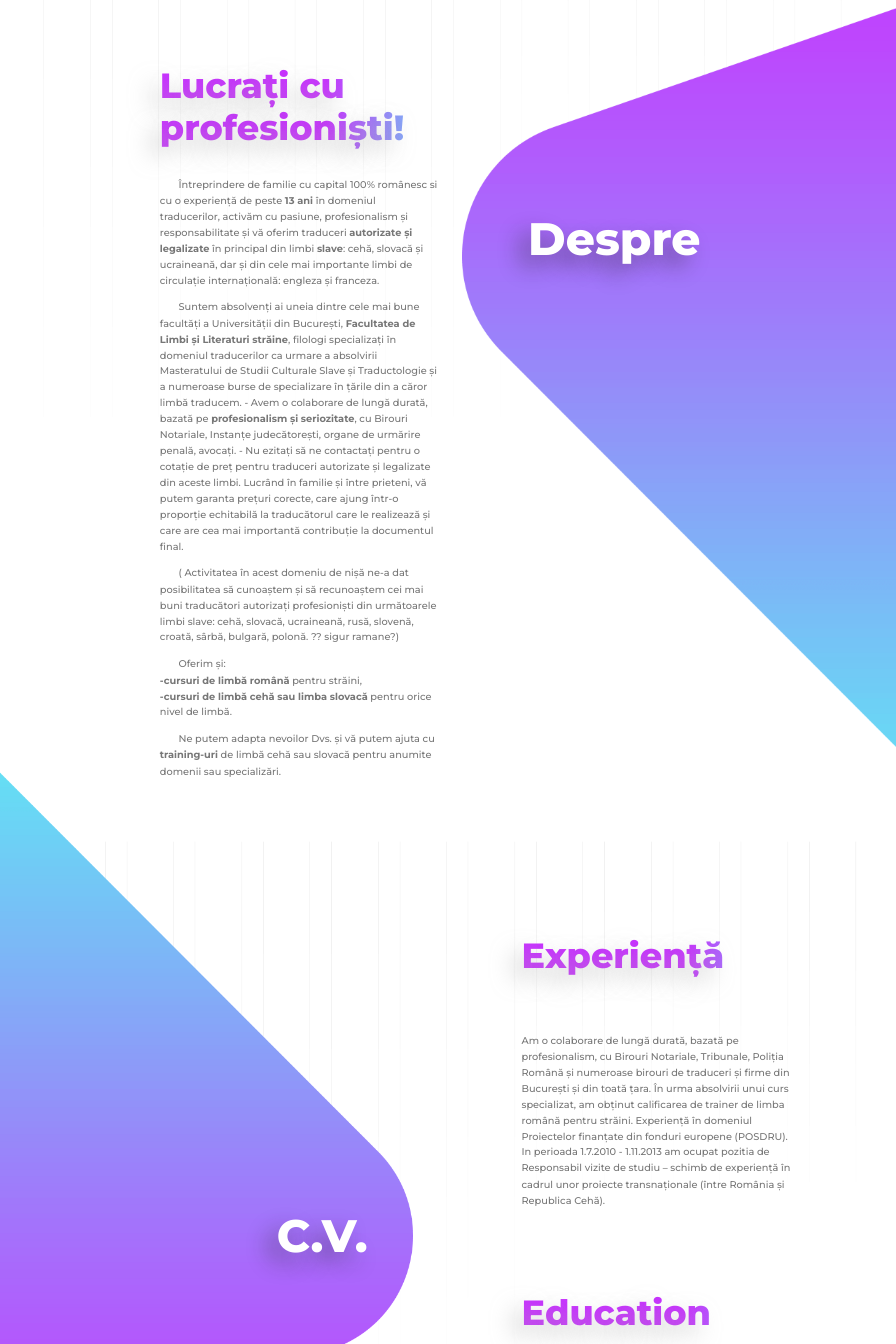
Repository: roscaImarius/site_traduceri
Page: index.html
These files come from the project's save history. The page is drawn as it stood at one moment and after the next save; the edit follows.
The browser window is 1280 px wide. The pictures show the part of the page from y = 879 to 2799 px (the page is 7580 px tall), at 70% of full size.

Above is the page before, as saved 2022-03-17 15:22:56.

### index.html
<!DOCTYPE html>
<html lang="en" class="no-js">
  <head>
    <meta
      name="viewport"
      content="width=device-width, initial-scale=1, shrink-to-fit=no"
    />
    <meta name="author" content="CodePixar" />
    <meta name="description" content="" />
    <meta name="keywords" content="" />
    <meta charset="UTF-8" />

    <title>Traduceri</title>

    <link
      href="https://fonts.googleapis.com/css?family=Montserrat:500,600,700,800,900"
      rel="stylesheet"
    />
    <link
      href="https://fonts.googleapis.com/css?family=Open+Sans:400,600"
      rel="stylesheet"
    />
    <!-- ===========================================
		CSS Files
    ============================================= -->
    <link rel="stylesheet" href="css/font-awesome.min.css" />
    <link rel="stylesheet" href="css/bootstrap.css" />
    <link rel="stylesheet" href="css/main.css" />
  </head>

  <body class="version5" id="top">
    <div class="se-pre-con"></div>

    <!--================ Start Banner Area =================-->
    <section class="home-area" id="home">
      <div class="banner-area relative">
        <div class="container-fluid">
          <div class="row justify-content-center height align-items-center">
            <div class="col-lg-5 col-md-6 col-sm-12">
              <div class="banner-img">
                <img class="img-fluid" src="img/banner-img5.jpg" alt="" />
              </div>
            </div>
            <div class="col-lg-5 col-md-6 col-sm-12">
              <div class="banner-content text-right">
                <h4 class="mb-30 hello text-uppercase text-white">
                  Salut, noi suntem
                </h4>
                <h1 class="name">Catrina Traduceri</h1>
                <p class="mt-5 h6 pHome dark">
                  Ne numărăm printre foarte puținii traducători autorizați de
                  Ministerul Justiției din România pentru traduceri din limbile
                  slave, de nisă: cehă, slovacă și ucraineană.
                </p>
              </div>
            </div>
          </div>
        </div>
      </div>
    </section>
    <!--================Header Menu Area =================-->
    <header class="header_area" id="header5">
      <div class="main_menu">
        <nav class="navbar navbar-expand-lg">
          <div class="container-fluid">
            <!-- Brand and toggle get grouped for better mobile display -->
            <a class="navbar-brand logo_h" href="index.html"
              ><img class="logoo" src="img/logo5_1.png" alt=""
            /></a>
            <button
              class="navbar-toggler"
              type="button"
              data-toggle="collapse"
              data-target="#navbarSupportedContent"
              aria-controls="navbarSupportedContent"
              aria-expanded="false"
              aria-label="Toggle navigation"
            >
              <i class="fas fa-bars"></i>
            </button>
            <!-- Collect the nav links, forms, and other content for toggling -->
            <div
              class="collapse navbar-collapse offset"
              id="navbarSupportedContent"
            >
              <ul class="nav navbar-nav menu_nav ml-auto nav5">
                <li class="nav-item active5">
                  <a class="nav-link" href="#home">Acasă</a>
                </li>
                <li class="nav-item">
                  <a class="nav-link" href="#about">Despre</a>
                </li>
                <li class="nav-item">
                  <a class="nav-link" href="#resume">Curriculum Vitae</a>
                </li>
                <li class="nav-item">
                  <a class="nav-link" href="#portfolio">prețuri</a>
                </li>
                <li class="nav-item">
                  <a class="nav-link" href="#contact">contact</a>
                </li>
              </ul>

              <!-- SOCIAL MEDIA -->
              <ul class="nav navbar-nav social-icons">
                <li class="nav-item">
                  <a href="https://www.facebook.com/catrina.traduceri">
                    <i class="fab fa-facebook-f"></i>
                  </a>
                </li>
                <li class="nav-item">
                  <a
                    href="https://www.linkedin.com/in/ionut-catrina-405244178/"
                  >
                    <i class="fab fa-linkedin"></i>
                  </a>
                </li>
                <li class="nav-item">
                  <a href="#">
                    <i class="fab fa-youtube"></i>
                  </a>
                </li>
              </ul>
            </div>
          </div>
        </nav>
      </div>
    </header>

    <!--================ Start About Area =================-->
    <section class="about-area section-gap-top-5 relative" id="about">
      <div class="container-fluid">
        <div class="row row-reverse">
          <div class="offset-lg-2 col-lg-4 col-md-12">
            <h2 class="heading mb-40">Lucrați cu profesioniști!</h2>
            <p>
              Întreprindere de familie cu capital 100% românesc si cu o
              experiență de peste
              <span style="font-weight: bold">13 ani</span> în domeniul
              traducerilor, activăm cu pasiune, profesionalism și
              responsabilitate și vă oferim traduceri
              <span style="font-weight: bold"> autorizate și legalizate</span>
              în principal din limbi
              <span style="font-weight: bold">slave</span>: cehă, slovacă și
              ucraineană, dar și din cele mai importante limbi de circulație
              internațională: engleza și franceza. <br />
            </p>
            <p>
              Suntem absolvenți ai uneia dintre cele mai bune facultăți a
              Universității din București,<span style="font-weight: bold">
                Facultatea de Limbi și Literaturi străine</span
              >, filologi specializați în domeniul traducerilor ca urmare a
              absolvirii Masteratului de Studii Culturale Slave și Traductologie
              și a numeroase burse de specializare în țările din a căror limbă
              traducem. - Avem o colaborare de lungă durată, bazată pe
              <span style="font-weight: bold">
                profesionalism și seriozitate</span
              >, cu Birouri Notariale, Instanțe judecătorești, organe de
              urmărire penală, avocați. - Nu ezitați să ne contactați pentru o
              cotație de preț pentru traduceri autorizate și legalizate din
              aceste limbi. Lucrând în familie și între prieteni, vă putem
              garanta prețuri corecte, care ajung într-o proporție echitabilă la
              traducătorul care le realizează și care are cea mai importantă
              contribuție la documentul final.
            </p>
            <p>
              ( Activitatea în acest domeniu de nișă ne-a dat posibilitatea să
              cunoaștem și să recunoaștem cei mai buni traducători autorizați
              profesioniști din următoarele limbi slave: cehă, slovacă,
              ucraineană, rusă, slovenă, croată, sârbă, bulgară, polonă. ??
              sigur ramane?)
            </p>
            <p>
              Oferim și: <br />
              <span style="font-weight: bold">-cursuri de limbă română</span>
              pentru străini, <br />
              <span style="font-weight: bold"
                >-cursuri de limbă cehă sau limba slovacă</span
              >
              pentru orice nivel de limbă. <br />
            </p>
            <p>
              Ne putem adapta nevoilor Dvs. și vă putem ajuta cu
              <span style="font-weight: bold">training-uri</span> de limbă cehă
              sau slovacă pentru anumite domenii sau specializări.
            </p>
            <!-- <p class="mb-50" style="text-indent: 20pt">
              &middot; În anul 2009 am absolvit Masteratul de Studii Culturale
              Slave și Traductologie în cadrul Universității din București.
              Traducător autorizat de Ministerul Justiției din România încă din
              anul 2008, realizez traduceri /legalizate notarial, autorizate cu
              semnătura și ștampila mea sau traduceri simple. Studiile și
              experiența acumulată mă ajută să găsesc soluții la cele mai
              diferite situații lingvistice și să transpun cât mai fidel în
              limba țintă documentul de tradus. Pot traduce documente din orice
              domeniu, de la documente juridice până la documente tehnice și
              medicale.
            </p> -->
          </div>

          <div class="col-lg-6 p-0 col-md-12">
            <div class="right-side">
              <h2 class="text-white right-heading">Despre</h2>
            </div>
          </div>
        </div>
      </div>
    </section>

    <!--================ Start Experience Area =================-->
    <section class="experience-area relative" id="resume">
      <div class="container-fluid">
        <div class="row">
          <div class="col-lg-6 p-0 col-md-12">
            <div class="left-side">
              <h2 class="text-white indented cv left-heading">C.V.</h2>
            </div>
          </div>

          <div class="xpDiv col-lg-4 md-mr col-md-12">
            <h2 class="heading mb-80">Experiență</h2>
            <div class="resume-content">
              <div class="work-exp mb-50">
                <p>
                  Am o colaborare de lungă durată, bazată pe profesionalism, cu
                  Birouri Notariale, Tribunale, Poliția Română și numeroase
                  birouri de traduceri și firme din București și din toată țara.
                  În urma absolvirii unui curs specializat, am obținut
                  calificarea de trainer de limba română pentru străini.
                  Experiență în domeniul Proiectelor finanțate din fonduri
                  europene (POSDRU). In perioada 1.7.2010 - 1.11.2013 am ocupat
                  pozitia de Responsabil vizite de studiu – schimb de experiență
                  în cadrul unor proiecte transnaționale (între România și
                  Republica Cehă).
                </p>
              </div>

              <h2 class="heading mt-120 mb-80">Education</h2>
              <div class="study">
                <h4 class="subject">Master</h4>
                <p>
                  <span class="title">Session</span>
                  <span class="info">: 2010-11</span>
                </p>
                <p>
                  <span class="title">Result</span>
                  <span class="info">: 3.78 (In the Scale of 4.00)</span>
                </p>
              </div>

              <div class="study">
                <h4 class="subject">Bachelor</h4>
                <p>
                  <span class="title">Session</span>
                  <span class="info">: 2006-09</span>
                </p>
                <p>
                  <span class="title">Result</span>
                  <span class="info">: 3.40 (In the Scale of 4.00)</span>
                </p>
              </div>

              <div class="study">
                <h4 class="subject">Diploma</h4>
                <p>
                  <span class="title">Session</span>
                  <span class="info">: 20063-06</span>
                </p>
                <p>
                  <span class="title">Result</span>
                  <span class="info">: 4.94 (In the Scale of 5.00)</span>
                </p>
              </div>
            </div>
          </div>
        </div>
      </div>
    </section>

    <!--================ Start PRICE Area =================-->
    <section class="price-area section-gap-top-5 relative" id="portfolio">
      <div class="container-fluid">
        <div class="row row-reverse">
          <div class="divFaraPret offset-lg-2 col-lg-4 col-md-12">
            <h2 class="heading mb-40">Detalii tarife</h2>
            <h1>Text</h1>
            <p>
              Lorem ipsum dolor sit amet consectetur adipisicing elit. Tempora
              omnis rem magnam voluptatum molestiae, unde id fuga illum
              consequatur nisi? Unde voluptates quia enim ab quae consequatur.
              Doloremque amet eveniet autem hic error veniam ullam aliquid
              aperiam corrupti expedita tempora fugiat, accusantium esse alias
              ea quam architecto totam perferendis, eum excepturi consectetur,
              distinctio placeat! A iure sint corporis fuga aperiam quo incidunt
              enim aut vel totam, dolorum architecto sed placeat, doloribus quam
              fugit! Deserunt iure eligendi at laborum corrupti libero,
              molestias, aliquid hic, nihil non ad voluptatum esse molestiae
              quam culpa sit quos! Maiores molestiae ab laboriosam nam magnam,
              illo eligendi dolorem explicabo. Expedita consequatur debitis
              ratione excepturi exercitationem quam neque quaerat magni aliquid
              voluptate, velit voluptatem ut quasi facilis totam ipsa nulla unde
              assumenda perspiciatis non sequi pariatur repellat? Dicta voluptas
              magni id omnis eveniet sunt consectetur aperiam necessitatibus
              sequi tempora quos neque sit iure aspernatur deserunt atque cum,
              debitis quibusdam inventore facilis velit, consequatur nobis
              excepturi. Suscipit dolorem, quisquam quos non reiciendis, earum
              repudiandae error nobis aspernatur optio expedita eligendi atque
              odit nihil ullam cumque a sunt aperiam culpa obcaecati corporis
              iusto? Magnam sequi, necessitatibus nemo odit illo nobis aut,
              voluptas suscipit consequuntur voluptatibus nisi earum. Dolor,
              aperiam?
            </p>
          </div>

          <div class="divPreturi col-lg-6 p-0 col-md-12">
            <div class="right-side">
              <h2 class="text-white right-heading">Prețuri</h2>
            </div>
          </div>
        </div>
      </div>
    </section>

    <!--================ Start CONTACT Area =================-->
    <section class="client-area relative" id="contact">
      <div class="container-fluid">
        <div class="row">
          <div class="col-lg-6 p-0 col-md-12">
            <div class="left-side">
              <h2 class="text-white left-heading">Contact</h2>
            </div>
          </div>

          <div class="contactDiv offset-lg-2 col-lg-4 col-md-12">
            <div class="form-area text-left">
              <h5><i>Telefon:</i></h5>
              <p>+40 726 471 135 <br /></p>
            </div>

            <div class="form-area text-left">
              <h5><i>E-mail:</i></h5>
              <p>catrina.traduceri@yahoo.com</p>
            </div>

            <div class="form-area adresa text-left">
              <h5><i>Adresă:</i></h5>
              <p>
                Calea Dorobantilor nr. 135-145, bl. 10, sc. C, Ap. 156, sector
                1, Bucuresti.
              </p>
            </div>
            <img class="mapa" src="./img/mapa.png" alt="" />
            <img class="mapa" src="./img/mapa.png" alt="" />
            <img class="mapa" src="./img/mapa.png" alt="" />
          </div>
        </div>
      </div>
    </section>

    <!--= Start Scroll to Top Area ########## -->
    <div id="back-top">
      <a title="Go to Top" href="#">
        <i class="fas fa-angle-up"></i>
      </a>
    </div>

    <script src="js/vendor/jquery-2.2.4.min.js"></script>
    <!-- <script src="js/popper.min.js"></script> -->
    <script src="js/vendor/bootstrap.min.js"></script>
    <script src="js/jquery.ajaxchimp.min.js"></script>
    <script src="js/counter-up.js"></script>
    <script src="js/isotope.pkgd.min.js"></script>
    <script src="js/waypoints.min.js"></script>
    <script src="js/main.js"></script>
  </body>
</html>

Loaded but not shown: css/font-awesome.min.css (library); css/bootstrap.css (library); js/vendor/jquery-2.2.4.min.js (library); js/vendor/bootstrap.min.js (library); js/jquery.ajaxchimp.min.js (library); js/isotope.pkgd.min.js (library); js/waypoints.min.js (library); js/main.js (150 lines, source omitted); js/counter-up.js (8 lines, source omitted); css/main.css (1568 lines, source omitted)

After the next save:
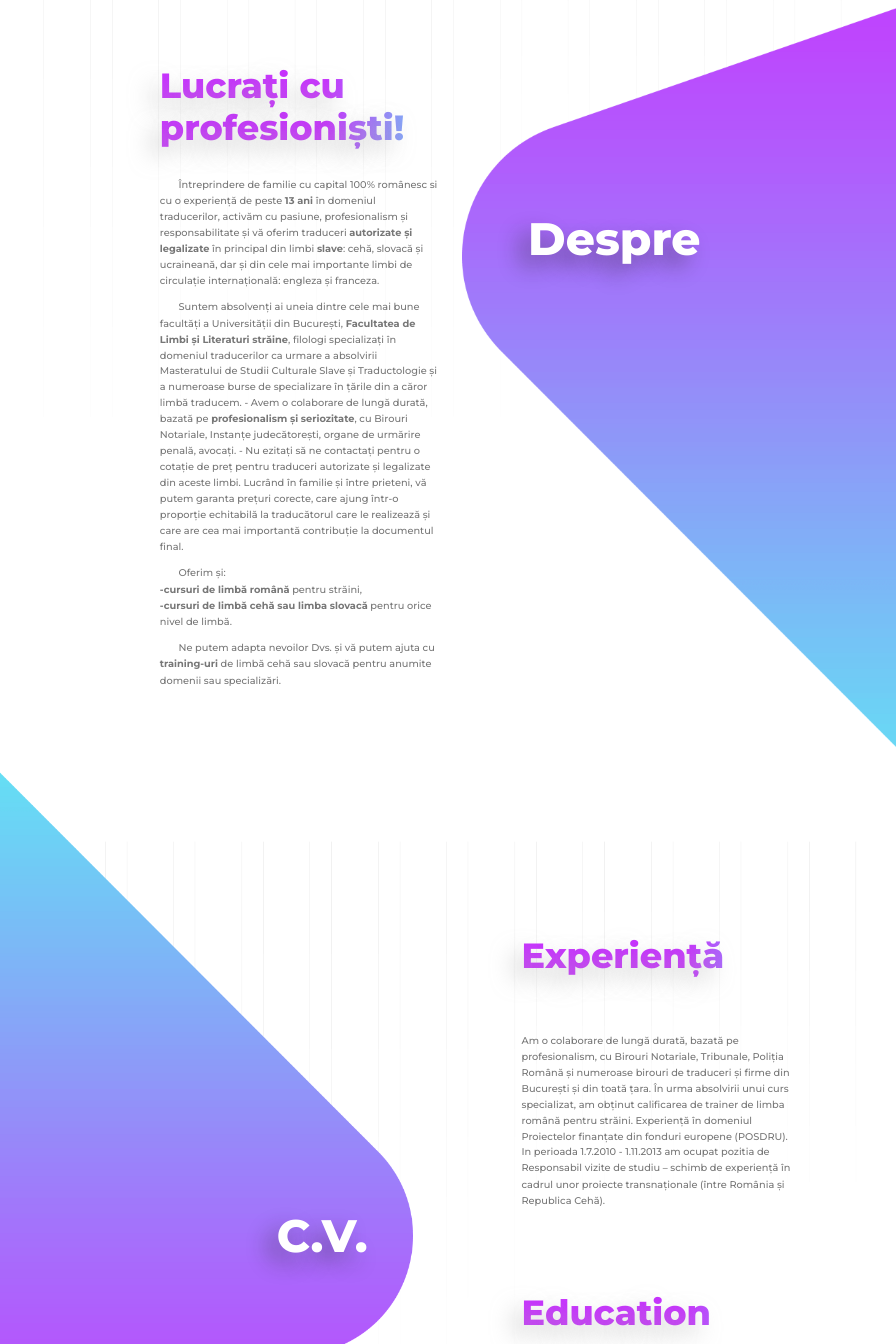
Saved 6 s later.
--- a/index.html
+++ b/index.html
@@ -163,13 +163,13 @@
               traducătorul care le realizează și care are cea mai importantă
               contribuție la documentul final.
             </p>
-            <p>
+            <!-- <p>
               ( Activitatea în acest domeniu de nișă ne-a dat posibilitatea să
               cunoaștem și să recunoaștem cei mai buni traducători autorizați
               profesioniști din următoarele limbi slave: cehă, slovacă,
               ucraineană, rusă, slovenă, croată, sârbă, bulgară, polonă. ??
               sigur ramane?)
-            </p>
+            </p> -->
             <p>
               Oferim și: <br />
               <span style="font-weight: bold">-cursuri de limbă română</span>
